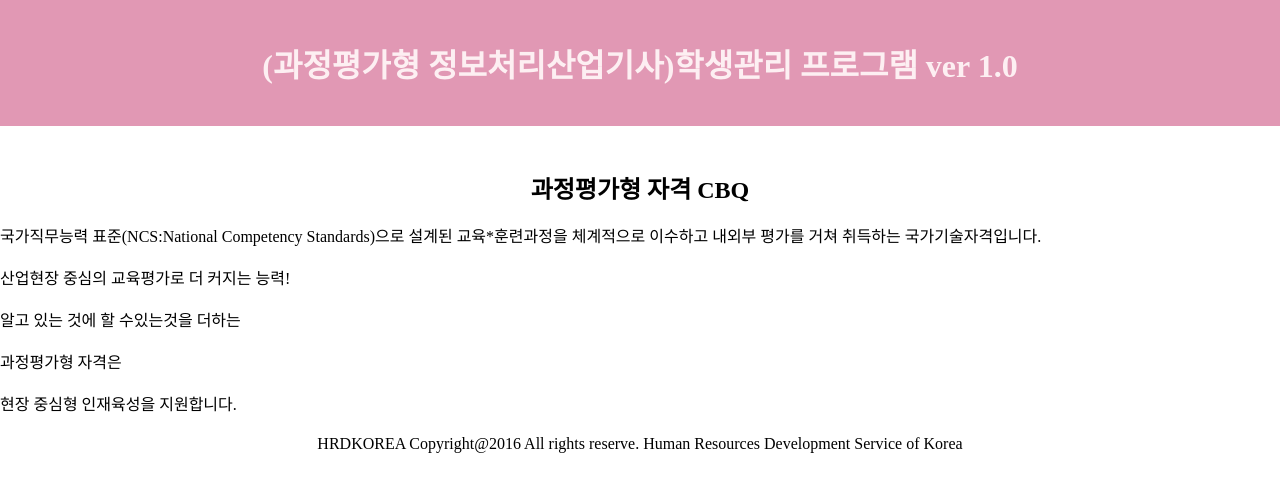
Repository: SeolhwaPark/JSL40_HRDKOREA
Page: http://localhost/HRD_0428_02/
An editor plug-in stored every save of this project. The page is shown before and after the next save, followed by the edit.
The browser window is 1280 px wide. The pictures show the whole page.
The page is served by Tomcat 9.

Above is the page before, as saved 2020-04-29 03:55:19.

After the next save:
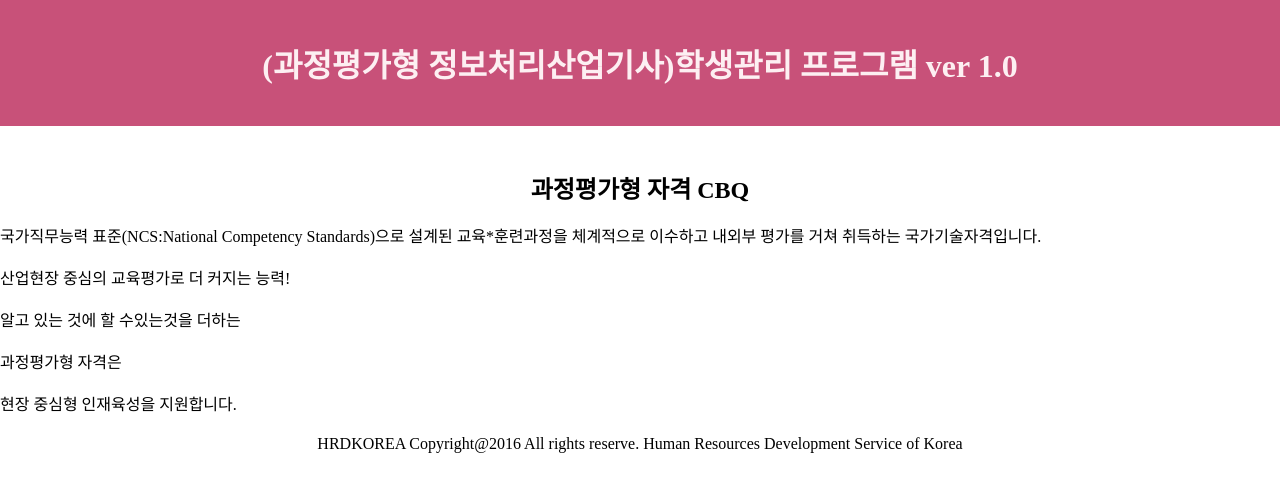
Saved 34 s later.
--- a/HRD_0428_02/WebContent/index.jsp
+++ b/HRD_0428_02/WebContent/index.jsp
@@ -12,7 +12,7 @@
 
 <style type="text/css">
 *{padding:0;margin:0}
-.logo{padding:40px 0;text-align:center;color:#fdeff2; background-color:#e198b4}
+.logo{padding:40px 0;text-align:center;color:#fdeff2; background-color:#c85179}
 .navi{padding:10px 0;overflow:hidden;}
 .navi ul, li{padding:0 10px;float:left;list-style:none}
 a{padding:20px;text-decoration:none; color:#fff}
@@ -20,7 +20,7 @@ a{padding:20px;text-decoration:none; color:#fff}
 .title{text-align:center;}
 .content{margin:0 auto}
 .content table{margin:0 auto}
-.content table th, td{text-align:center;border: 1px solid}
+.content table th, td{text-align:center;color:#fdeff2; border: 1px solid #e198b4}
 .btn_group{text-align:center;}
 
 .footer{padding:20px 0;}
